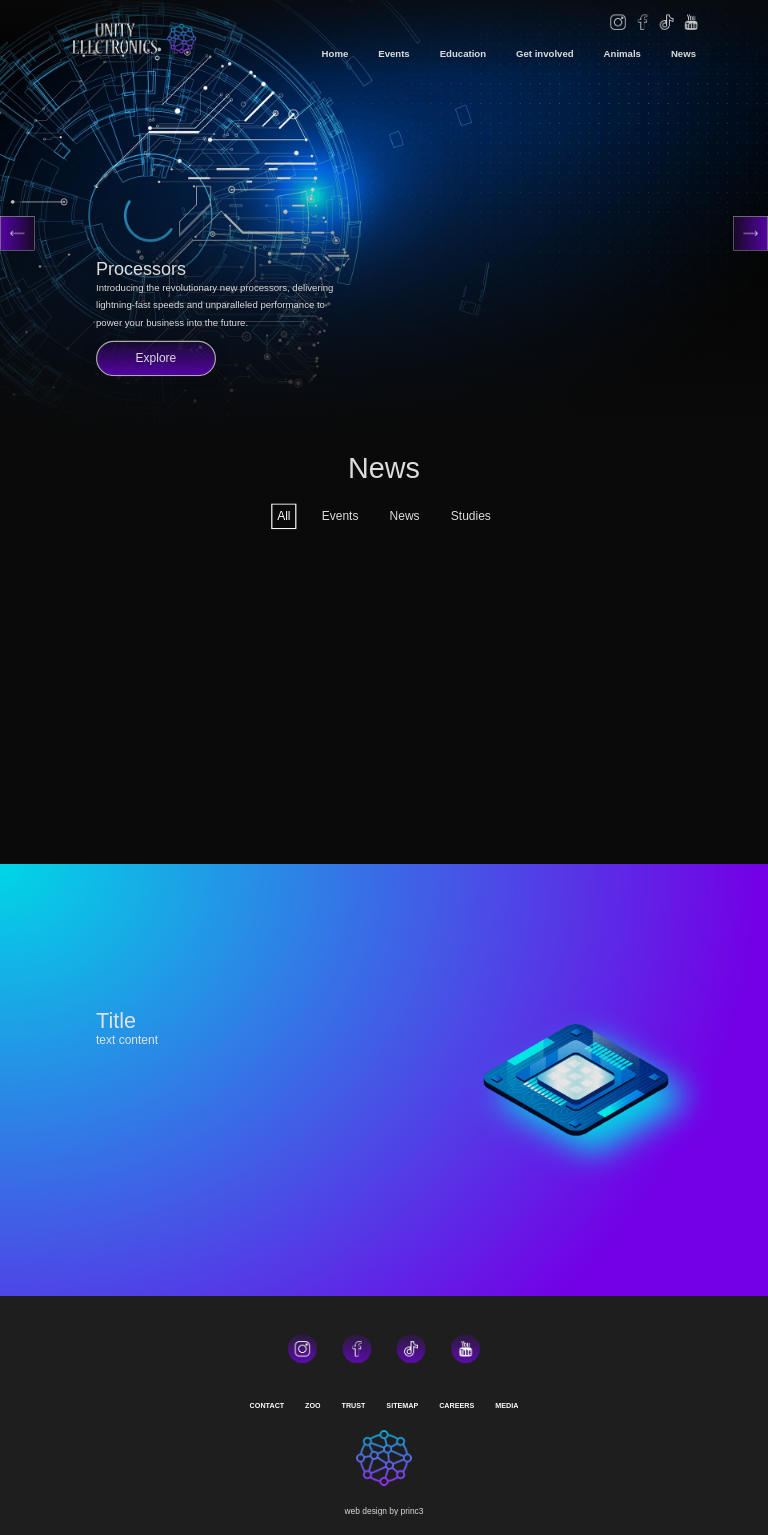
Repository: princ3-web/five
Page: /
The author's editor kept a copy of each file at every save. The page is drawn from the files as they stood at one save, then again after a run of saves.
The browser window is 1280 px wide. The pictures show the whole page, at 60% of full size.
The project was rebuilt for these pictures with package versions that can differ from the ones it lists, and the page was loaded fresh each time. Also part of the build but not shown: src/css/subpage.module.css, src/pages/Events.jsx, src/pages/Education.jsx, src/pages/Membership.jsx, src/pages/Animals.jsx, src/pages/News.jsx, src/pages/Support.jsx.

Above is the page before, as saved 2023-05-08 18:48:29.

### src/App.jsx
import React, { useState } from "react";
import { Routes, Route } from "react-router-dom";
import app from "./css/app.module.css";
import Navbar from "./components/Navbar.jsx";
import Bottombar from "./components/Bottombar.jsx";
import Main from "./pages/Main.jsx";
import Events from "./pages/Events.jsx";
import Education from "./pages/Education.jsx";
import Membership from "./pages/Membership.jsx";
import Animals from "./pages/Animals.jsx";
import News from "./pages/News.jsx";
import Support from "./pages/Support.jsx";
import Scrolltotop from "./components/Scrolltotop";

function App() {
  return (
    <div className={app.app}>
      <Navbar />
      <Routes>
        <Route path="/" element={<Main />} exact />
        <Route path="/Events" element={<Events />} exact />
        <Route path="/Education" element={<Education />} exact />
        <Route path="/Membership" element={<Membership />} exact />
        <Route path="/Animals" element={<Animals />} exact />
        <Route path="/News" element={<News />} exact />
        <Route path="/Support" element={<Support />} exact />
      </Routes>
      <Bottombar />
      <Scrolltotop />
    </div>
  );
}

export default App;

### src/css/app.module.css
:root {
    --thin: 200;
    --regular: 400;
    --bold: 600;
    --font-12: 12px;
    --font-14: 14px;
    --font-16: 16px;
    --font-20: 20px;
    --font-24: 24px;
    --font-30: 30px;
    --font-36: 36px;
    --font-48: 48px;
    --dark: rgb(10, 10, 10);
    --dark-transp-100: rgb(0, 0, 0, 0.5);
    --gray-transp-200: rgba(100, 100, 100, 0.5);
    --gray-transp-300: rgba(100, 100, 100, 0.25);
    --gray-50: rgb(30, 30, 30);
    --gray-100: rgb(60, 60, 60);
    --gray-150: rgb(100, 100, 100);
    --gray-200: rgb(170, 170, 170);
    --gray-300: rgb(220, 220, 220);
    --gray-400: rgb(240, 240, 240);
    --light: rgb(250, 250, 250);
    --light-transp: rgb(255, 255, 255, 0.2);
    --blue-200: rgb(0, 78, 162);
    --blue-300: rgb(0, 123, 255);
    --teal-300: rgb(0, 238, 255);
    --violet-200: rgb(81, 0, 162);
    --violet-300: rgb(128, 0, 255);
    --transp: rgba(0, 0, 0, 0);
}

@import url('https://fonts.googleapis.com/css2?family=Raleway&display=swap');


html > div {
    display: none;
  }

  * {
    overflow-x: hidden;
    padding: 0;
    margin: 0;
    font-family: 'Raleway', sans-serif;
    user-select: none;
  }

  .app{
    background-color: var(--dark);
    height: fit-content;
  }

  .section{
    display: flex;
    flex-direction: column;
    min-height: 100vh;
  }

### src/components/Navbar.jsx
import React, { useState } from "react";
import navbar from "../css/navbar.module.css";
import logo from "../assets/icons/logo_sub.png";
import hamburger from "../assets/icons/hamburger.png";
import cross from "../assets/icons/cross.png";
import { Link } from "react-router-dom";
import instagram from "../assets/icons/instagram.png";
import facebook from "../assets/icons/facebook.png";
import tiktok from "../assets/icons/tiktok.png";
import youtube from "../assets/icons/youtube.png";

const Navbar = () => {
  const navbarButtons = [
    {
      name: "Home",
      menu: false,
      items: [],
      link: "/",
    },
    {
      name: "Events",
      menu: true,
      items: [
        "Plan Your Day",
        "What's On",
        "Membership",
        "Vet Hospital",
        "Education",
        "Zoo Map",
      ],
      link: "/Events",
    },
    {
      name: "Education",
      menu: true,
      items: [
        "Read for Adventure",
        "Educational Field Trips",
        "Self-Guided Field Trips",
        "Nature Explorers Preschool",
        "Schools Out Day Camps",
        "Spring Break Camp",
        "Summer Camps",
        "After Hours",
        "Conservation Club",
      ],
      link: "/Education",
    },
    {
      name: "Get involved",
      menu: true,
      items: [
        "What We Do",
        "What You Can Do",
        "Work at the Zoo",
        "Volunteer",
        "Sponsorship",
        "Conservation",
      ],
      link: "/Membership",
    },
    {
      name: "Animals",
      menu: false,
      items: [],
      link: "/Animals",
    },
    {
      name: "News",
      menu: false,
      items: [],
      link: "/News",
    },
  ];

  const socials = [instagram, facebook, tiktok, youtube];

  const [mobileMenu, toggleMobileMenu] = useState(false);

  return (
    <>
      <div className={navbar.navbar}>
        <Link className={navbar.link} to={"/"}>
          <img className={navbar.logo} src={logo} alt="" />
        </Link>
        <div className={navbar.navbarContent}>
          <div className={navbar.navbarTopIcons}>
            {socials.map((item, n) => (
              <img className={navbar.navbarTopIcon} src={item} alt="" key={n} />
            ))}
          </div>
          <div className={navbar.navbarButtons}>
            {navbarButtons.map((item, n) => (
              <div
                style={{
                  display: "block",
                  overflow: "visible",
                }}
                key={n}
              >
                <div className={navbar.navbarButton}>
                  <Link
                    to={item.link}
                    style={{
                      textDecoration: "none",
                      color: "unset",
                    }}
                  >
                    {item.name}
                  </Link>
                </div>

                {item.items.length > 0 && (
                  <>
                    <div className={navbar.navbarButtonDropdown}>
                      {item.items.map((i, n) => (
                        <Link
                          className={navbar.navbarButtonDropdownItem}
                          key={n}
                          to={item.link}
                        >
                          {i}
                        </Link>
                      ))}
                    </div>
                  </>
                )}
              </div>
            ))}
          </div>
        </div>
        <img
          className={navbar.mobileButton}
          src={mobileMenu === true ? cross : hamburger}
          onClick={() =>
            mobileMenu === true ? toggleMobileMenu(false) : toggleMobileMenu(true)
          }
          alt=""
        />
        <div
          className={[navbar.mobileMenu, mobileMenu ? navbar.mobileMenuShow : ""].join(
            " "
          )}
        >
          {navbarButtons.map((item) => (
            <Link to={item.link} className={navbar.mobileMenuItem}>
              <div onClick={() => toggleMobileMenu(false)}>{item.name}</div>
            </Link>
          ))}
        </div>
      </div>
    </>
  );
};

export default Navbar;

### src/components/Bottombar.jsx
import React from "react";
import bottombar from "../css/bottombar.module.css";
import logobw from "../assets/icons/logo.png";
import instagram from "../assets/icons/instagram.png";
import facebook from "../assets/icons/facebook.png";
import tiktok from "../assets/icons/tiktok.png";
import youtube from "../assets/icons/youtube.png";
import navbar from "../css/navbar.module.css";
import { Link } from "react-router-dom";

const Bottombar = () => {
  const socials = [instagram, facebook, tiktok, youtube];
  const links = ["CONTACT", "ZOO", "TRUST", "SITEMAP", "CAREERS", "MEDIA"];

  return (
    <>
      <div className={bottombar.bottomBar}>
        <div className={bottombar.socials}>
          {socials.map((item, n) => (
            <img className={bottombar.socialButton} src={item} alt="" key={n} />
          ))}
        </div>
        <div className={bottombar.links}>
          {links.map((item, n) => (
            <div className={bottombar.link} key={n}>
              {item}
            </div>
          ))}
        </div>
        <Link className={navbar.link} to={"/"}>
        <img className={bottombar.logo} src={logobw} alt="" onClick={() => window.scrollTo(0, 0)} />
        </Link>
        <div className={bottombar.signature}>web design by princ3</div>
      </div>
    </>
  );
};

export default Bottombar;

### src/pages/Main.jsx
import React, { useState, useEffect } from "react";
import app from "../css/app.module.css";
import Imagescroller from "../components/Imagescroller";
import Newspicker from "../components/Newspicker";
import Objectscroller from "../components/Objectscroller";

const Main = () => {
  return (
    <>
      <div className={app.section}>
        <Imagescroller />
      </div>

      <div className={app.section}>
        <Newspicker />
      </div>
      <div className={app.section}>
        <Objectscroller />
      </div>
    </>
  );
};

export default Main;

### src/components/Scrolltotop.jsx
import React from 'react';
import { useLocation } from 'react-router-dom';
import { useEffect } from 'react';

const Scrolltotop = () => {
    const { pathname } = useLocation();

    useEffect(() => {
      window.scrollTo(0, 0);
    }, [pathname]);
  }

export default Scrolltotop;

### src/css/navbar.module.css
.navbar {
  position: absolute;
  display: flex;
  flex-direction: row;
  justify-content: space-between;
  align-items: center;
  z-index: 5;
  width: 100%;
  padding-inline: 7rem;
  height: 8rem;
  font-size: var(--font-16);
  overflow: visible;
  box-sizing: border-box;
  background: linear-gradient(var(--dark) -30%, var(--transp) 100%);
}

.navbarContent {
  height: 100%;
  display: flex;
  flex-direction: column;
  justify-content: space-evenly;
}

.navbarTopIcons {
  display: flex;
  flex-direction: row;
  justify-content: space-between;
  width: 12vw;
  margin-left: auto;
  margin-right: 0;
}

.navbarTopIcon {
  width: 2rem;
  filter: brightness(0.8);
}

.navbarTopIcon:hover {
  filter: brightness(1);
  cursor: pointer;
}

.navbarButtons {
  display: flex;
  flex-direction: row;
  justify-content: space-between;
  width: 50vw;
  margin-left: auto;
  margin-right: 0;
}

.navbarButton {
  color: var(--gray-300);
  padding: 0.5rem;
  font-weight: var(--bold);
  cursor: pointer;
  transition: 0.2s;
}

.navbarButton:hover {
  color: var(--gray-400);
  cursor: pointer;
}

.dropdownBackground {
  background-color: black;
  width: 100%;
  height: 15rem;
}

.navbarButtonDropdown {
  visibility: hidden;
  z-index: 3;
  position: absolute;
  margin-left: -25px;
  padding-inline: 1.5rem;
  padding-block: 0.5rem;
  cursor: pointer;
  line-height: 2rem;
  filter: opacity(0);
  transition: 0.35s;
  background: linear-gradient(135deg, var(--dark-transp-100), var(--violet-200));
}

.navbarButton:hover ~ .navbarButtonDropdown {
  visibility: visible;
  filter: opacity(1);
}

.navbarButtonDropdown:hover {
  visibility: visible;
  filter: opacity(1);

}

.navbarButtonDropdownItem {
  color: var(--gray-300);
  display: block;
  transition: 0.2s;
  text-decoration: none;
}

.navbarButtonDropdownItem:hover {
  color: var(--light);
}

.navbarTopButton {
  height: fit-content;
  padding: 0.5rem;
  font-weight: var(--regular);
  cursor: pointer;
}

.logo {
  position: relative;
  display: block;
  height: 40%;
  object-fit: contain;
  z-index: 1;
  filter: drop-shadow(1px 1px 1px var(--dark));
}

.link {
  height: 100%;
  overflow: hidden;
  display: flex;
  align-items: center;
}

.mobileButton {
  display: none;
}

.mobileMenu {
  display: none;
}

@media screen and (max-width: 480px) {
  .navbar {
    height: 5rem;
    padding-inline: 0.5rem;
  }

  .navbarTopButtons {
    display: none;
  }
  .navbarButtons {
    display: none;
  }

  .logo {
    height: 70%;
  }

  .mobileButton {
    display: block;
    height: 50%;
    margin-right: 0.5rem;
    z-index: 1;
  }

  .mobileMenu {
    position: absolute;
    display: block;
    box-sizing: border-box;
    top: 5rem;
    left: 100vw;
    width: 100vw;
    height: 100vh;
    text-align: center;
    background-size: 20rem;
    background-color: var(--green-400);
    transition: 0.2s;
  }

  .mobileMenuShow {
    left: 0;
  }

  .mobileMenuItem {
    color: var(--light);
    font-size: var(--font-20);
    line-height: 4rem;
    text-decoration: none;
  }
}

### src/css/bottombar.module.css
.bottomBar {
  position: relative;
  display: flex;
  flex-direction: column;
  align-items: center;
  width: 100%;
  background-color: var(--gray-50);
  padding-bottom: 2rem;
}

.socials {
  position: relative;
  width: 25%;
  margin: auto;
  left: 0;
  right: 0;
  margin-top: 4rem;
  display: flex;
  flex-direction: row;
  justify-content: space-between;
}

.socialButton {
  width: 2rem;
  padding: 0.5rem;
  background-color: var(--violet-200);
  background: linear-gradient(180deg, var(--transp), var(--violet-300));
  background-size: 100% 200%;
  background-position: 100% 25%;
  transition: 0.5s;
  border-radius: 2rem;
  cursor: pointer;
}

.socialButton:hover {
  background-position: 100% 100%;

}

.links {
  position: relative;
  width: 35%;
  font-size: var(--font-12);
  margin: auto;
  left: 0;
  right: 0;
  margin-top: 4rem;
  display: flex;
  flex-direction: row;
  justify-content: space-between;
}

.link {
  color: var(--light);
  font-weight: var(--bold);
  cursor: pointer;
}

.link:hover {
  color: var(--gray-200);
}

.logo {
  position: relative;
  width: 6rem;
  padding-top: 2rem;
  padding-bottom: 2rem;
  cursor: pointer;
  transition: 0.2s;
}

.logo:hover {
  filter: brightness(0.8);
}

.signature {
  color: var(--gray-300);
  font-size: var(--font-14);
  font-weight: var(--thin);
}

@media screen and (max-width: 480px) {
  .socials {
    width: 90%;
  }

  .links {
    display: flex;
    flex-wrap: wrap;
    width: 90%;
    justify-content: space-between;
  }

  .link {
    width: 30%;
    height: 3rem;
    text-align: center;
  }
}

### src/components/Imagescroller.jsx
import React, { useEffect, useState } from "react";
import imagescroller from "../css/imagescroller.module.css";

const Imagescroller = () => {
  const [selectedBackground, toggleSelectedBackground] = useState(0);

  useEffect(() => {
    const intervalId = setInterval(() => {
      selectedBackground < 2
        ? toggleSelectedBackground((state) => state + 1)
        : toggleSelectedBackground(0);
    }, 6000);

    return () => {
      clearInterval(intervalId);
    };
  }, [selectedBackground]);

  const backgrounds = [0, 1, 2];
  const backgroundsText = [
    {
      title: "Processors",
      text: "Introducing the revolutionary new processors, delivering lightning-fast speeds and unparalleled performance to power your business into the future.",
    },
    {
      title: "New Techs",
      text: "Unlock the full potential of your industry with cutting-edge technologies designed to increase efficiency, productivity, and profitability.",
    },
    {
      title: "GPUs",
      text: "Experience unprecedented gaming performance and immerse yourself in stunningly realistic graphics with our new ground-breaking graphics cards.",
    },
  ];

  return (
    <div>
      <div className={imagescroller.imageScroller}>
        {backgrounds.map((item, n) => (
          <img
            className={[
              imagescroller.image,
              selectedBackground !== n ? imagescroller.imageFade : "",
            ].join(" ")}
            src={require("../assets/images/background" + n + ".webp")}
            alt=""
          />
        ))}

        <img
          className={imagescroller.arrow}
          onClick={() =>
            selectedBackground > 0
              ? toggleSelectedBackground((state) => state - 1)
              : toggleSelectedBackground(backgrounds.length - 1)
          }
          style={{ left: "0", rotate: "180deg", translateY: "-50%" }}
          src={require("../assets/icons/arrow.png")}
          alt=""
        />
        <img
          className={imagescroller.arrow}
          onClick={() =>
            selectedBackground < backgrounds.length - 1
              ? toggleSelectedBackground((state) => state + 1)
              : toggleSelectedBackground(0)
          }
          style={{ right: "0", rotate: "0deg", translateY: "-50%" }}
          src={require("../assets/icons/arrow.png")}
          alt=""
        />
        <div className={imagescroller.gradient}></div>
      </div>
      <div className={imagescroller.explore}>
        <div className={imagescroller.exploreTitle}>
          {backgroundsText[selectedBackground].title}
        </div>
        <div className={imagescroller.exploreText}>
          {backgroundsText[selectedBackground].text}
        </div>
        <div className={imagescroller.exploreButton}>Explore</div>
      </div>
    </div>
  );
};

export default Imagescroller;

### src/components/Newspicker.jsx
import React, { useState } from "react";
import newspicker from "../css/newspicker.module.css";

const Newspicker = () => {
  const newsButtons = ["All", "Events", "News", "Studies"];
  const [selectedButton, toggleSelectedButton] = useState(0);

  return (
    <div className={newspicker.news}>
      <div
        className={newspicker.newsTitle}
        style={{ textAlign: "center", marginTop: "2rem" }}
      >
        News
      </div>
      <div className={newspicker.newsButtons}>
        {newsButtons.map((item, n) => (
          <div
            className={[
              newspicker.newsButton,
              n === selectedButton && newspicker.newsButtonSelected,
            ].join(" ")}
            onClick={() => toggleSelectedButton(n)}
          >
            {item}
          </div>
        ))}
      </div>
    </div>
  );
};

export default Newspicker;

### src/components/Objectscroller.jsx
import React from "react";
import objectscroller from "../css/objectscroller.module.css";

const Objectscroller = () => {
  return (
    <div>
      <div className={objectscroller.gradient}>
        <div className={objectscroller.textContainer}>
          <div className={objectscroller.title}>Title</div>
          <div className={objectscroller.text}>text content</div>
        </div>
        <img className={objectscroller.image} src={require("../assets/images/object1.png")} alt="" />
      </div>
    </div>
  );
};

export default Objectscroller;

### src/css/imagescroller.module.css
.imageScroller {
  position: absolute;
  height: 100vh;
  width: 100%;
  display: block;
  white-space: nowrap;
  background-color: var(--dark);
}

.image {
  position: absolute;
  z-index: 1;
  width: 100vw;
  height: 100vh;
  object-fit: cover;
  top: 0;
  left: 0;
  padding: 0;
  transition: 1s;
  filter: opacity(1);
}

.imageFade {
  filter: opacity(0);
}

.arrow {
  position: absolute;
  width: 1.5rem;
  z-index: 2;
  top: 50%;
  padding: 1rem;
  border: 1px solid var(--gray-200);
  cursor: pointer;
  background-size: 0% 0%;
  background-color: var(--gray-200);
  background: linear-gradient(90deg, var(--dark) 0%, var(--violet-300));
  background-size: 200% 100%;
  background-position: 25% 100%;
  transition: 0.5s;
}

.arrow:hover {
  background-position: 100% 100%;
}

.gradient {
  position: absolute;
  top: 0;
  width: 100vw;
  height: 100vh;
  background: linear-gradient(var(--transp) 30%, var(--dark) 100%);
  z-index: 1;
}

.explore {
  position: absolute;
  z-index: 3;
  left: 10rem;
  top: 60%;
  width: 25rem;
  filter: drop-shadow(0px 0px 10px var(--dark));

}

.exploreTitle {
  position: relative;
  color: var(--gray-300);
  font-size: var(--font-30);
}

.exploreText {
  position: relative;
  color: var(--gray-300);
  font-size: var(--font-16);
  margin-bottom: 1rem;
  line-height: 1.8rem;
}

.exploreButton {
  position: relative;
  width: fit-content;
  color: var(--gray-300);
  font-size: var(--font-20);
  padding: 1rem;
  padding-inline: 4rem;
  border: 2px solid var(--gray-200);
  border-radius: 2rem;
  background: linear-gradient(180deg, var(--transp), var(--violet-300));
  background-size: 100% 200%;
  background-position: 100% 25%;
  transition: 0.5s;
  cursor: pointer;
}

.exploreButton:hover {
  background-position: 100% 100%;
}

.video {
  position: relative;
  display: flex;
  box-sizing: border-box;
  z-index: 1;
  width: 100%;
  height: 100vh;
  object-fit: cover;
  padding: 0;
  border-top: 0.25rem solid var(--green-500);
}

@media screen and (max-width: 480px) {
  .video {
    width: 100%;
    margin: unset;
  }
}

### src/css/newspicker.module.css
.news{
    display: flex;
    flex-direction: column;
  }

  .newsTitle {
    font-size: var(--font-48);
    color: var(--gray-300);
    margin-bottom: 2rem;
  }

  .newsButtons{
    display: flex;
    flex-direction: row;
    justify-content: center;
    align-self: center;
    width: 50%;
  }

  .newsButton {
    color: var(--gray-300);
    font-size: var(--font-20);
    border: 2px solid var(--transp);
    margin-inline: 1rem;
    padding: 0.5rem;
    cursor: pointer;
    transition: 0.5s;
  }

  .newsButtonSelected{
    border: 2px solid var(--light);
    color: var(--light);
  }

### src/css/objectscroller.module.css
.image {
  position: absolute;
  top: 50%;
  transform: translateY(-50%);
  right: 10rem;
  width: 20rem;
  filter: drop-shadow(27px 27px 27px var(--teal-300));
}

.textContainer {
  color: var(--light);
  position: absolute;
  left: 10rem;
  top: 15rem;
  margin: auto;
}

.title {
  font-size: var(--font-36);
}

.text {
  font-size: var(--font-20);
}

.gradient {
  width: 100vw;
  height: 100vh;
  background: radial-gradient(at left top, var(--teal-300) 0%, var(--violet-300) 70%);
  background-size: 100% 150%;
  filter: brightness(0.9);
}

Loaded but not shown: public/index.html (common file); src/index.js (common file); src/index.css (common file); src/reportWebVitals.js (common file)

After the next 10 saves:
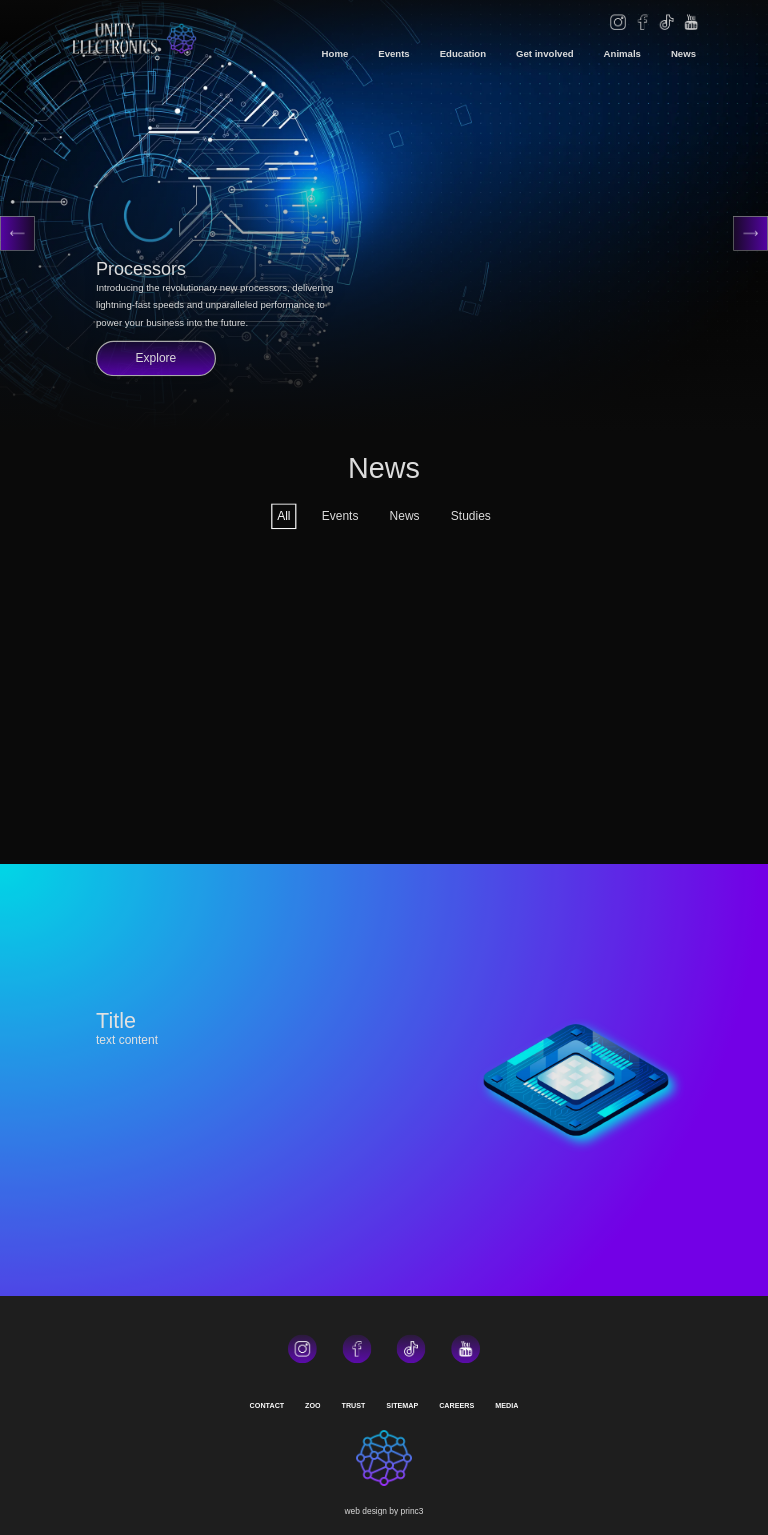
The 10 saves are shown as one change because they came seconds apart.
The last was saved 17 s later.
--- a/src/css/objectscroller.module.css
+++ b/src/css/objectscroller.module.css
@@ -4,7 +4,7 @@
   transform: translateY(-50%);
   right: 10rem;
   width: 20rem;
-  filter: drop-shadow(27px 27px 27px var(--teal-300));
+  filter: drop-shadow(9px 9px 9px var(--teal-300));
 }
 
 .textContainer {
